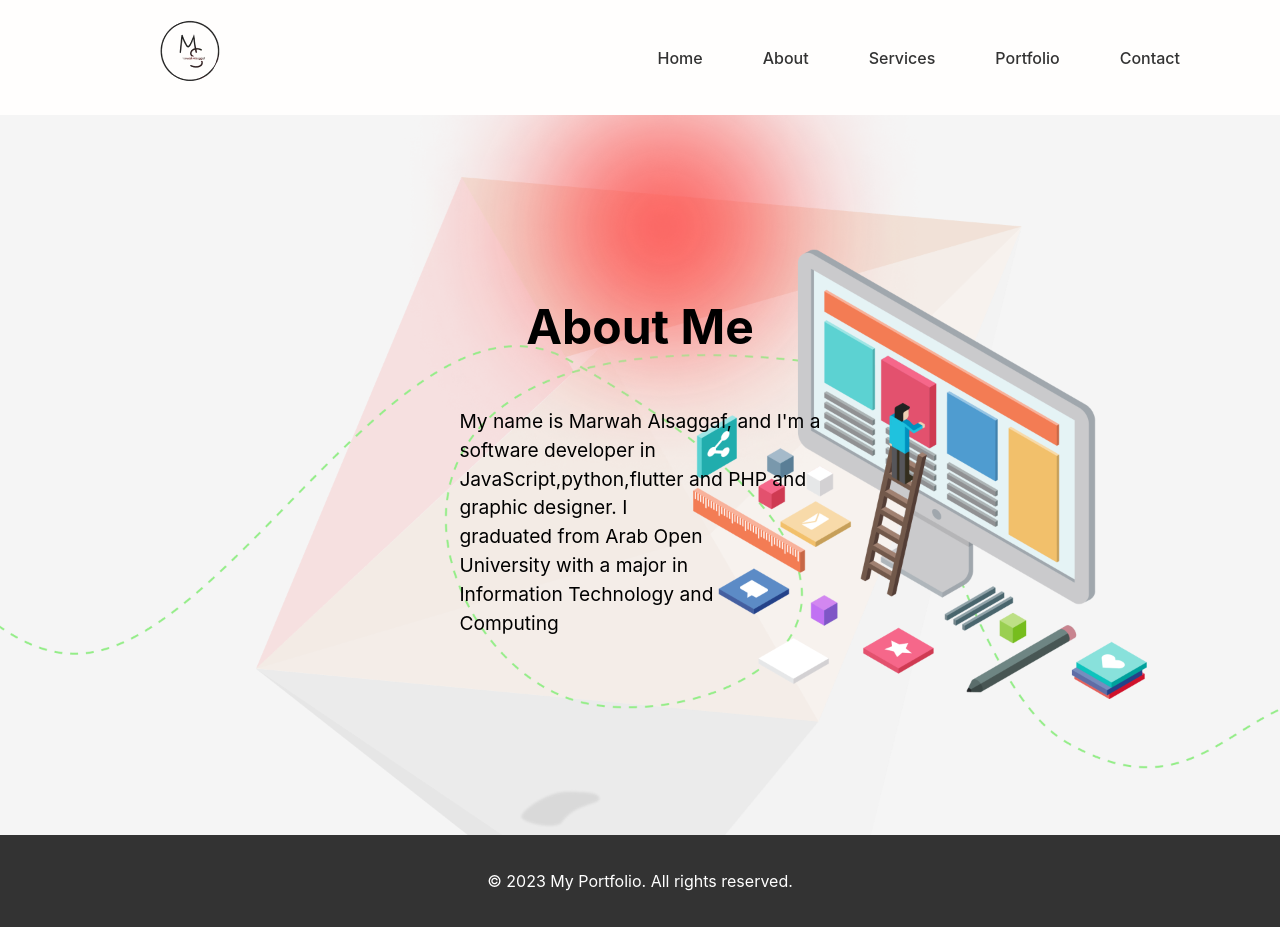
Repository: MEROO1010/Portfolio_00
Page: /about (app in portfolio_00/)
These files come from the project's save history. The page is drawn as it stood at one moment and after the next save; the edit follows.
The browser window is 1280 px wide. The pictures show the whole page.
The project was rebuilt for these pictures with package versions that can differ from the ones it lists, and the page was loaded fresh each time. Also part of the build but not shown: portfolio_00/src/components/Home.jsx, portfolio_00/src/components/Services.jsx, portfolio_00/src/components/Portfolio.jsx, portfolio_00/src/components/Contact.jsx.

Above is the page before, as saved 2024-11-18 13:01:36.

### portfolio_00/src/App.jsx
import React from 'react';
import { BrowserRouter, Route, Routes } from 'react-router-dom';
import Header from './components/Header';
import Home from './components/Home';
import About from './components/About';
import Services from './components/Services';
import Portfolio from './components/Portfolio';
import Contact from './components/Contact';
import Footer from './components/Footer';
// import GlobalStyle from './styles/global';

const App = () => {
  return (
    <BrowserRouter>
    <Header />
    <Routes>
      <Route path="/"  element={<Home />} />
      <Route path="/about"  element={<About />} />
      <Route path="/services" element={<Services  />} />

      <Route path="/portfolio" element={<Portfolio />} />
      <Route path="/contact" element={<Contact />} />
    </Routes>

    <Footer />
  </BrowserRouter>
  );
};

export default App;

### portfolio_00/src/features/counter/counterSlice.js
import { createAsyncThunk, createSlice } from '@reduxjs/toolkit';
import { fetchCount } from './counterAPI';

const initialState = {
  value: 0,
  status: 'idle',
};

// The function below is called a thunk and allows us to perform async logic. It
// can be dispatched like a regular action: `dispatch(incrementAsync(10))`. This
// will call the thunk with the `dispatch` function as the first argument. Async
// code can then be executed and other actions can be dispatched. Thunks are
// typically used to make async requests.
export const incrementAsync = createAsyncThunk(
  'counter/fetchCount',
  async (amount) => {
    const response = await fetchCount(amount);
    // The value we return becomes the `fulfilled` action payload
    return response.data;
  }
);

export const counterSlice = createSlice({
  name: 'counter',
  initialState,
  // The `reducers` field lets us define reducers and generate associated actions
  reducers: {
    increment: (state) => {
      // Redux Toolkit allows us to write "mutating" logic in reducers. It
      // doesn't actually mutate the state because it uses the Immer library,
      // which detects changes to a "draft state" and produces a brand new
      // immutable state based off those changes
      state.value += 1;
    },
    decrement: (state) => {
      state.value -= 1;
    },
    // Use the PayloadAction type to declare the contents of `action.payload`
    incrementByAmount: (state, action) => {
      state.value += action.payload;
    },
  },
  // The `extraReducers` field lets the slice handle actions defined elsewhere,
  // including actions generated by createAsyncThunk or in other slices.
  extraReducers: (builder) => {
    builder
      .addCase(incrementAsync.pending, (state) => {
        state.status = 'loading';
      })
      .addCase(incrementAsync.fulfilled, (state, action) => {
        state.status = 'idle';
        state.value += action.payload;
      });
  },
});

export const { increment, decrement, incrementByAmount } = counterSlice.actions;

// The function below is called a selector and allows us to select a value from
// the state. Selectors can also be defined inline where they're used instead of
// in the slice file. For example: `useSelector((state: RootState) => state.counter.value)`
export const selectCount = (state) => state.counter.value;

// We can also write thunks by hand, which may contain both sync and async logic.
// Here's an example of conditionally dispatching actions based on current state.
export const incrementIfOdd = (amount) => (dispatch, getState) => {
  const currentValue = selectCount(getState());
  if (currentValue % 2 === 1) {
    dispatch(incrementByAmount(amount));
  }
};

export default counterSlice.reducer;

### portfolio_00/src/components/Header.jsx
import React from 'react';
import styled from 'styled-components';
import { Link } from 'react-router-dom';
import ImageLogo from '../assets/white_logo.png';

const HeaderContainer = styled.header`
  background-color: #FFFEFD;
  padding: 10px 100px;
  display: flex;
  justify-content: space-between;
  align-items: center;
`;

const Logo = styled.h1`
  margin:4px;
  padding-left:40px;
`;

const NavLinks = styled .nav`
  display: flex;
  gap: 60px;
`;

const NavLink = styled(Link)`
  text-decoration: none;
  color: #333;
  font-weight: 500;

  &:hover {
    color: #3BB873;
  }
`;

const Header = () => {
  return (
    <HeaderContainer>
      <Logo><img src={ImageLogo} alt="Description of image" /></Logo>
      <NavLinks>
        <NavLink to="/">Home</NavLink>
        <NavLink to="/about">About</NavLink>
        <NavLink to="/services">Services</NavLink>
        <NavLink to="/portfolio">Portfolio</NavLink>
        <NavLink to="/contact">Contact</NavLink>
      </NavLinks>
    </HeaderContainer>
  );
};

export default Header;

### portfolio_00/src/components/About.jsx
import React from 'react';
import styled from 'styled-components';
import bg2 from "../assets/background2.png"

const Container = styled.div`
  display: flex;
  flex-direction: column;
  align-items: center;
  justify-content: center;
  height: 100vh;
  background-color: #f5f5f5;
  background-image: url(${bg2});
  background-position: center;
  background-size:cover;
`;

const Title = styled.h1`
  font-size: 3rem;
  font-weight: bold;
  margin-bottom: 2rem;
`;

const Description = styled.p`
  font-size: 1.2rem;
  line-height: 1.5;
  margin-bottom: 3rem;
`;

const ImageContainer = styled.div`
  img{
    display: flex;
  justify-content: center;
  align-items: center;
  width: 50%;
  margin: 0 auto;

  z-index: 1;
  }
`;







const About = () => {
  return (
    <Container>
      <Title>About Me</Title>
      <Description>
           My name is Marwah Alsaggaf, and I'm a <br/>software developer in<br/> JavaScript,python,flutter and PHP
           and<br/> graphic designer. I  <br/>
            graduated from Arab Open<br/>  University with a major in<br/>
             Information Technology and<br/> Computing
               </Description>
      <ImageContainer>


      </ImageContainer>
    </Container>
  );
};

export default About;

### portfolio_00/src/components/Footer.jsx
import React from 'react';
import styled from 'styled-components';

const FooterContainer = styled.footer`
  padding: 20px;
  background-color: #333;
  color: white;
  text-align: center;
`;

const Footer = () => {
  return (
    <FooterContainer>
      <p>&copy; 2023 My Portfolio. All rights reserved.</p>
    </FooterContainer>
  );
};

export default Footer;

Loaded but not shown: portfolio_00/public/index.html (common file); portfolio_00/src/index.js (common file); portfolio_00/src/app/store.js (common file); portfolio_00/src/reportWebVitals.js (common file); portfolio_00/src/index.css (common file); portfolio_00/src/features/counter/counterAPI.js (common file)

After the next save:
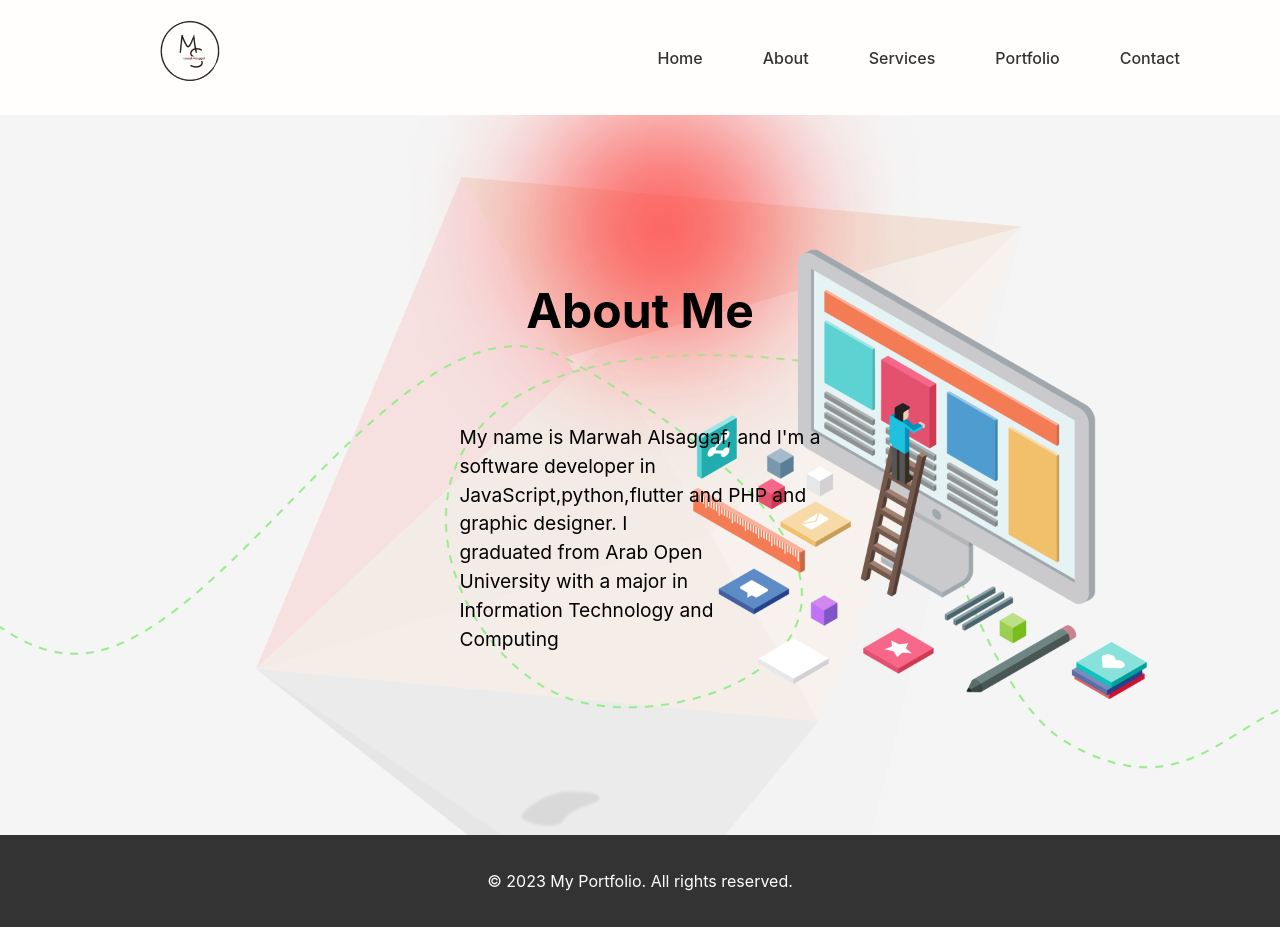
Saved 22 s later.
--- a/portfolio_00/src/components/About.jsx
+++ b/portfolio_00/src/components/About.jsx
@@ -17,7 +17,7 @@
 const Title = styled.h1`
   font-size: 3rem;
   font-weight: bold;
-  margin-bottom: 2rem;
+  margin-bottom: 4rem;
 `;
 
 const Description = styled.p`

After the save that followed:
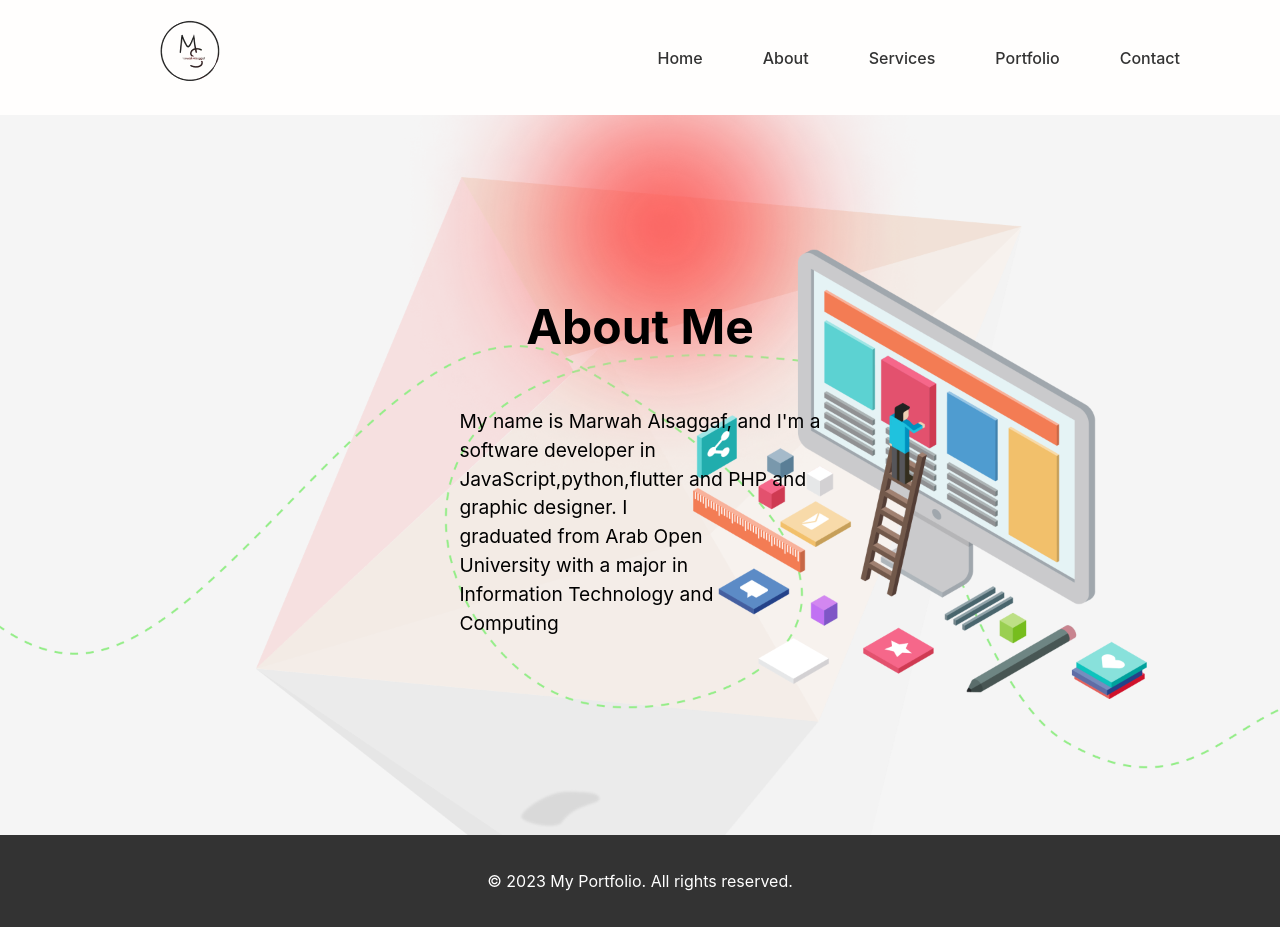
Saved 5 s later.
--- a/portfolio_00/src/components/About.jsx
+++ b/portfolio_00/src/components/About.jsx
@@ -17,7 +17,7 @@
 const Title = styled.h1`
   font-size: 3rem;
   font-weight: bold;
-  margin-bottom: 4rem;
+  margin-bottom: 2rem;
 `;
 
 const Description = styled.p`
